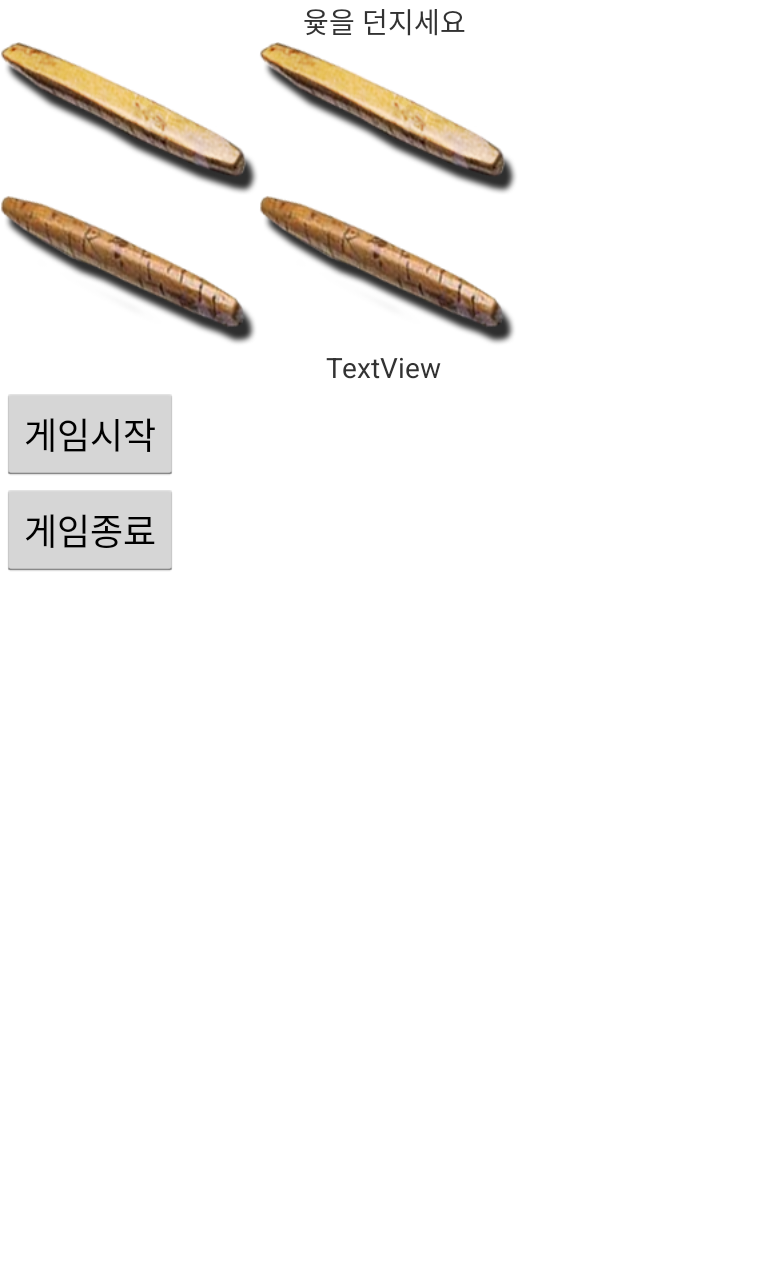
Repository: supremehappy/Android
Layout: Yutgame/res/layout/activity_main.xml
These files come from the project's save history. The layout is drawn as it stood at one moment and after the next save; the edit follows.
It is drawn on a 768 x 1280 px phone screen (xhdpi) without system bars, with theme AppTheme; the app's code is not run.

Above is the layout before, as saved 2017-08-24 07:14:16.

After the next save:
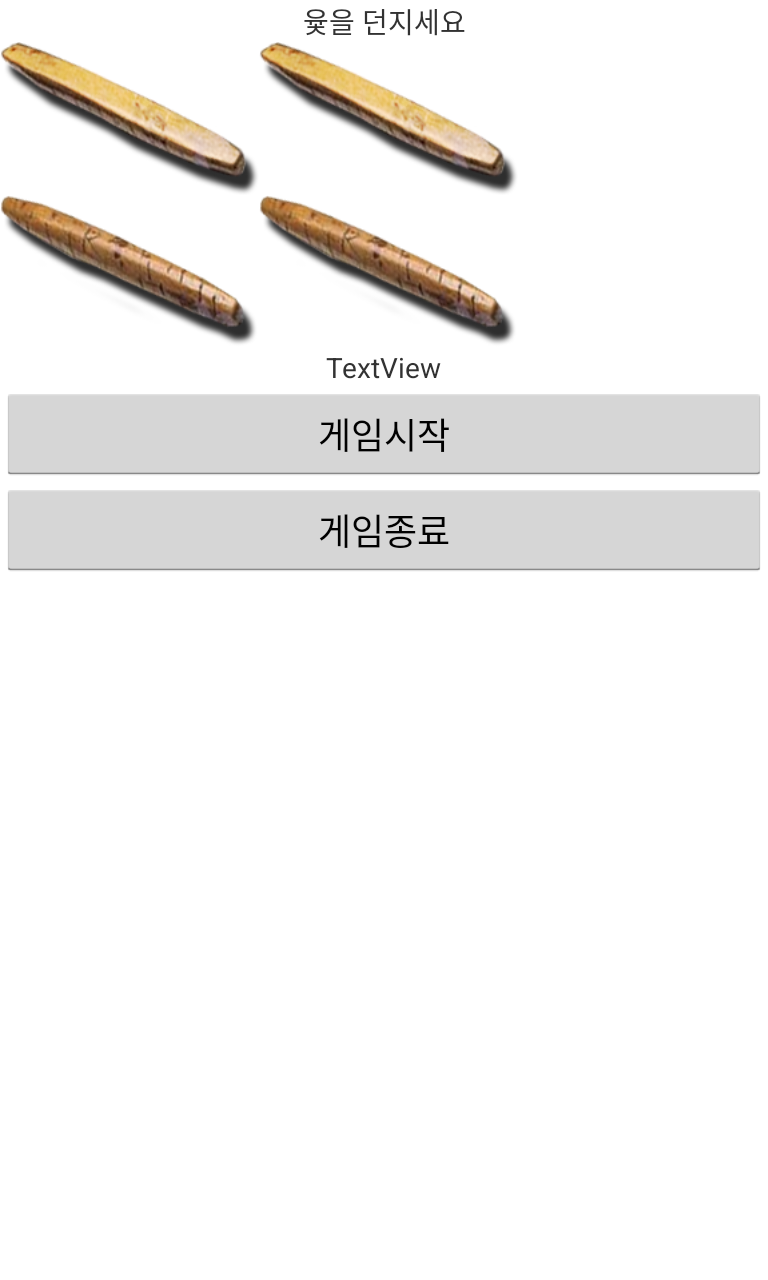
Saved 4 s later.
--- a/Yutgame/res/layout/activity_main.xml
+++ b/Yutgame/res/layout/activity_main.xml
@@ -70,14 +70,14 @@
     </LinearLayout>
 
     <Button
-        android:id="@+id/btn_start"
-        android:layout_width="wrap_content"
+        android:id="@+id/btn_star"
+        android:layout_width="fill_parent"
         android:layout_height="wrap_content"
         android:text="게임시작" />
 
     <Button
         android:id="@+id/btn_end"
-        android:layout_width="wrap_content"
+        android:layout_width="fill_parent"
         android:layout_height="wrap_content"
         android:text="게임종료" />
 
